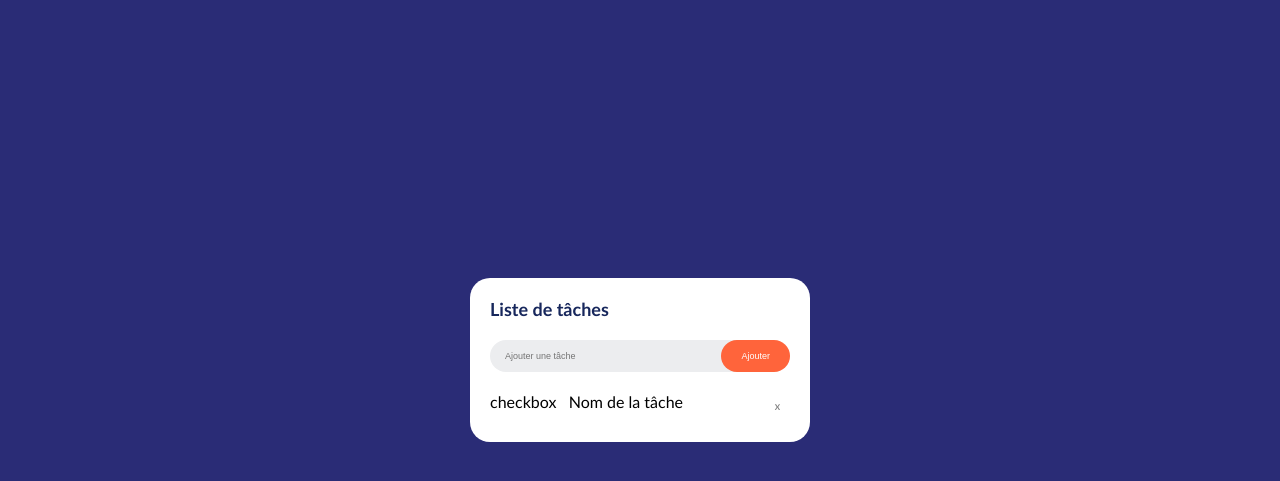
Repository: ndiemenguer/convertisseur
Page: / (app in todo-isep/)
An editor plug-in stored every save of this project. The page is shown before and after the next save, followed by the edit.
The browser window is 1280 px wide. The pictures show the whole page.
The project was rebuilt for these pictures with package versions that can differ from the ones it lists, and the page was loaded fresh each time. Also part of the build but not shown: todo-isep/vite.config.js, todo-isep/src/Application.jsx, todo-isep/src/index.css.

Above is the page before, as saved 2023-05-06 12:37:43.

After the next save:
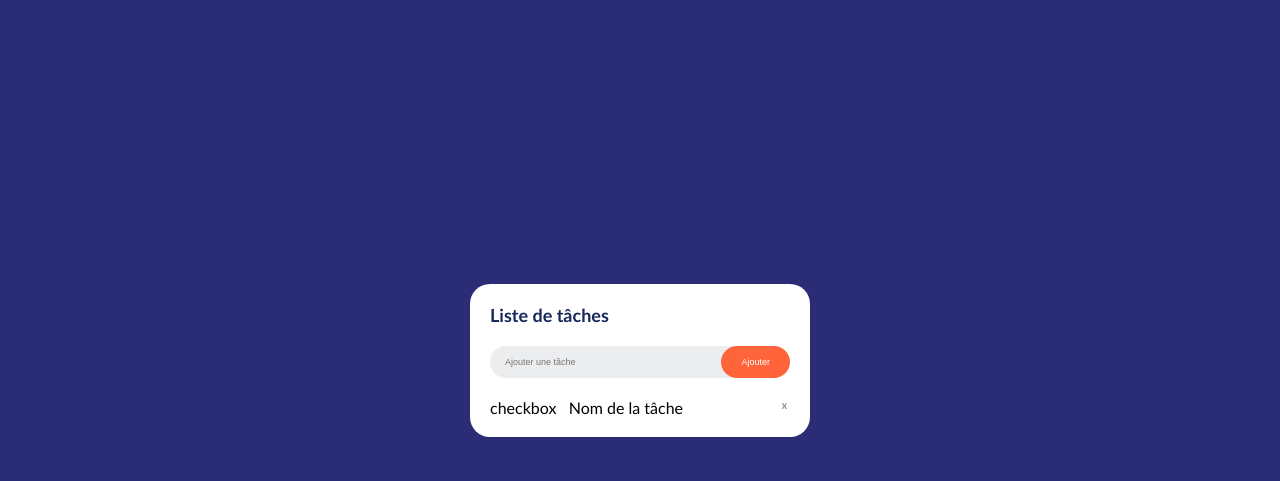
Saved 65 s later.
--- a/todo-isep/src/App.css
+++ b/todo-isep/src/App.css
@@ -76,7 +76,7 @@ body {
 
 .delete {
   font-weight: bold;
-  padding: 10px;
+  padding: 3px;
   font-size: 8px;
   color: gray;
 }
